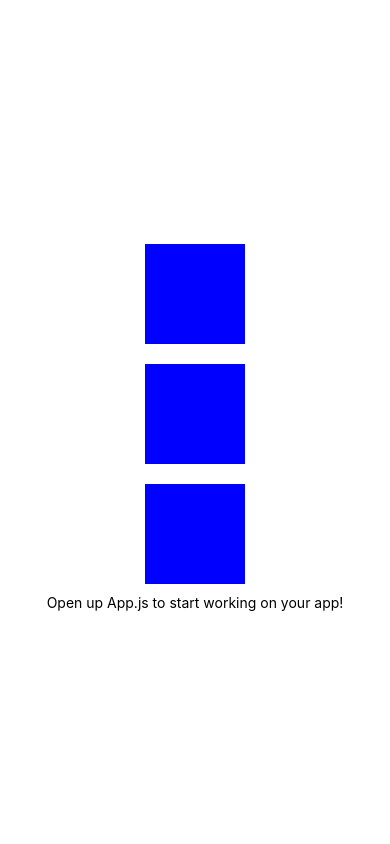
Repository: hajin-park/V-QUIP
Page: / (app in frontend/react-native-app/)
The author's editor kept a copy of each file at every save. The page is drawn from the files as they stood at one save, then again after the next save.
The browser window is 390 px wide. The pictures show the whole page.
The app was drawn by React Native's web renderer in a window 390 px wide. The project was rebuilt for these pictures with package versions that can differ from the ones it lists, and the page was loaded fresh each time.

Above is the page before, as saved 2024-03-28 20:31:36.

After the next save:
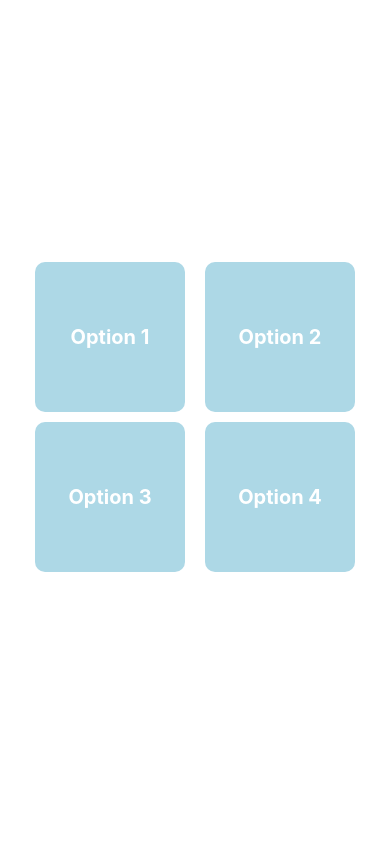
Saved 77 s later.
--- a/frontend/react-native-app/App.js
+++ b/frontend/react-native-app/App.js
@@ -4,10 +4,22 @@ import { StyleSheet, Text, View } from 'react-native';
 export default function App() {
   return (
     <View style={styles.container}>
-      <View style={styles.box}></View>
-      <View style={styles.box}></View>
-      <View style={styles.box}></View>
-      <Text>Open up App.js to start working on your app!</Text>
+      <View style={styles.row}>
+        <View style={styles.box}>
+          <Text style={styles.text}>Option 1</Text>
+        </View>
+        <View style={styles.box}>
+          <Text style={styles.text}>Option 2</Text>
+        </View>
+      </View>
+      <View style={styles.row}>
+        <View style={styles.box}>
+          <Text style={styles.text}>Option 3</Text>
+        </View>
+        <View style={styles.box}>
+          <Text style={styles.text}>Option 4</Text>
+        </View>
+      </View>
       <StatusBar style="auto" />
     </View>
   );
@@ -20,10 +32,23 @@ const styles = StyleSheet.create({
     alignItems: 'center',
     justifyContent: 'center',
   },
+  row: {
+    flexDirection: 'row',
+    justifyContent: 'center',
+    marginBottom: 10,
+  },
   box: {
-    width: 100,
-    height: 100,
-    backgroundColor: 'blue', // Change color as desired
-    marginVertical: 10,
+    width: 150,
+    height: 150,
+    backgroundColor: '#ADD8E6', // Light blue color
+    borderRadius: 10, // Rounded edges
+    alignItems: 'center',
+    justifyContent: 'center',
+    marginHorizontal: 10,
+  },
+  text: {
+    fontSize: 20,
+    fontWeight: 'bold',
+    color: '#FFFFFF', // White text color
   },
 });
